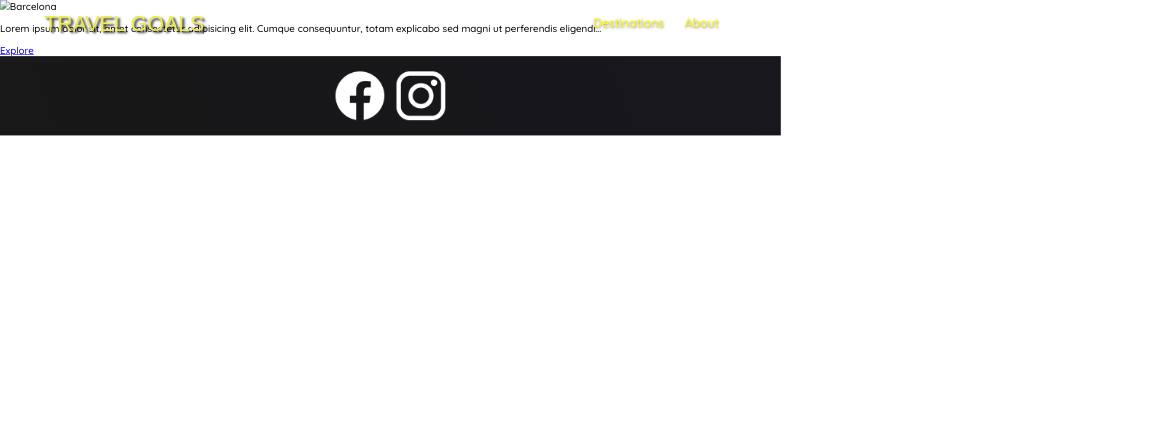
Repository: MicTomm/Travel-Goals
Page: places.html
The author's editor kept a copy of each file at every save. The page is drawn from the files as they stood at one save, then again after the next save.
The browser window is 1280 px wide. The page is 1280 px wide, then 1920 px, so the pictures cover 1920 px, including what lies to the right of the window. The pictures show the whole page, at 61% of full size.
Some web fonts or font styles are not loaded; a fallback is used.

Above is the page before, as saved 2023-06-08 20:01:03.

### places.html
<!DOCTYPE html>
<html lang="it">

<head>
    <meta charset="UTF-8">
    <title>Travel Goals</title>
    <link rel="stylesheet"
        href="https://fonts.googleapis.com/css2?family=Raleway:wght@700&family=Oleo+Script:wght@700&family=Quicksand:wght@300;500&display=swap">
    <link href="/styles/shared.css" rel="stylesheet">
    <link href="/styles/places.css" rel="stylesheet">
</head>

<body>
    <header>
        <div id="logo">
            <a href="/index.html">Travel Goals</a>
        </div>
        <nav>
            <ul>
                <li><a href="/places.html">Destinations</a></li>
                <li><a href="">About</a></li>
            </ul>
        </nav>
    </header>
    <main>
        <ul>
            <li>
                <img src="" alt="Barcelona">
                <div>
                    <p>Lorem ipsum dolor sit, amet consectetur adipisicing elit. Cumque consequuntur, totam explicabo sed magni ut perferendis eligendi...</p>
                </div>
                <div>
                    <a href="https://en.wikipedia.org/wiki/Barcelona">Explore</a>
                </div>
            </li>
        </ul>
    </main>
    <footer>
        <ul>
            <li>
                <a href="https://www.facebook.com/" title="facebook">
                    <img src="/images/icons/facebook.png" alt="facebook-icon">
                </a>
            </li>
            <li>
                <a href="https://www.instagram.com/" title="instagram">
                    <img src="/images/icons/insta.png" alt="instagram-icon">
                </a>
            </li>
    </footer>
</body>

</html>

### styles/shared.css
body {
    margin: 0px;
    font-family: 'Quicksand', sans-serif;
}

ul {
    list-style: none;
    padding: 0px;
    margin: 0px;
}

header {
    display: flex;
    justify-content: space-between;
    align-items: center;
    padding: 15px 60px;
    position: absolute;
    width: 100%;
    top: 0;
    left: 0;
    box-sizing: border-box;
}

header ul {
    margin: 10px;
    display: flex;
    justify-content: space-between;
    width: 250px;
}

header li {
    width: 100px;
}

header a {
    color: yellow;
    text-decoration: none;
    font-size: 20px;
    padding: 12px;
    text-shadow: 1px 1px 4px rgba(0, 0, 0, 0.5);
}

header a:hover {
    background-color: yellow;
    box-shadow: 2px 2px 4px rgba(0, 0, 0, 0.5);
    color: rgb(67, 60, 60);
    text-shadow: 1px 1px 2px rgb(0, 0, 0, 0.5);
    border-radius: 8px;
}

footer{
    background: linear-gradient(70deg, rgb(24, 24, 24), rgb(23, 23, 29));
    padding: 25px;
}

footer ul{
    display: flex;
    justify-content: center;
}

footer li{
    width: 80px;
    height: 80px;
    margin: 0px 10px;
}

footer img{
    width: 100%;
    height: 100%;
}

#logo a {
    font-family: 'Oleo script', sans-serif;
    font-size: 35px;
    text-decoration: none;
    color: rgb(237, 237, 70);
    text-shadow: 4px 4px 4px rgb(31, 29, 29);
    text-transform: uppercase;
}

#logo a:hover {
    background-color: transparent;

}

Loaded but not shown: styles/places.css (no stored copy; drawn as an empty file)

After the next save:
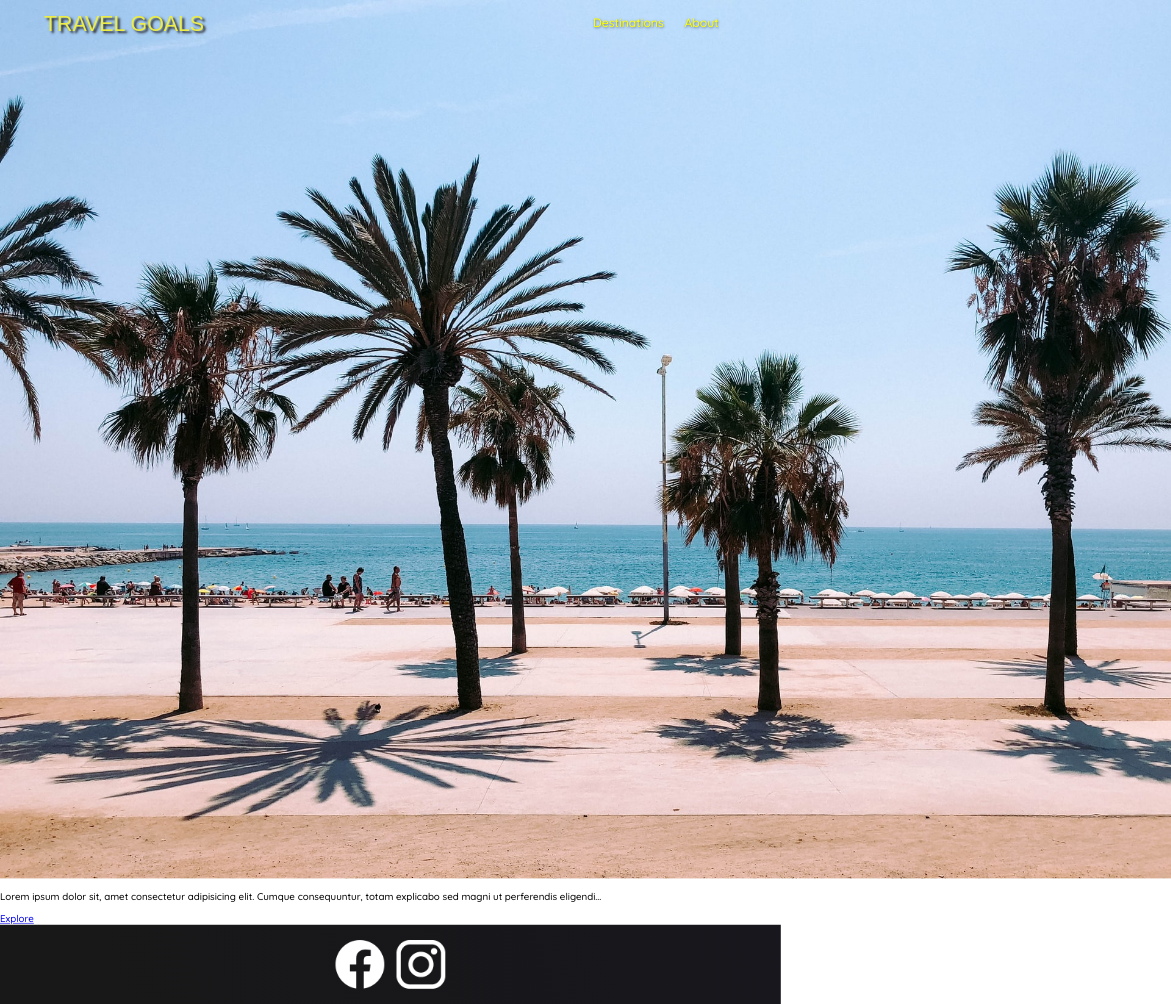
Saved 26 s later.
--- a/places.html
+++ b/places.html
@@ -25,7 +25,7 @@
     <main>
         <ul>
             <li>
-                <img src="" alt="Barcelona">
+                <img src="images/places/barcelona.jpg" alt="Barcelona">
                 <div>
                     <p>Lorem ipsum dolor sit, amet consectetur adipisicing elit. Cumque consequuntur, totam explicabo sed magni ut perferendis eligendi...</p>
                 </div>
